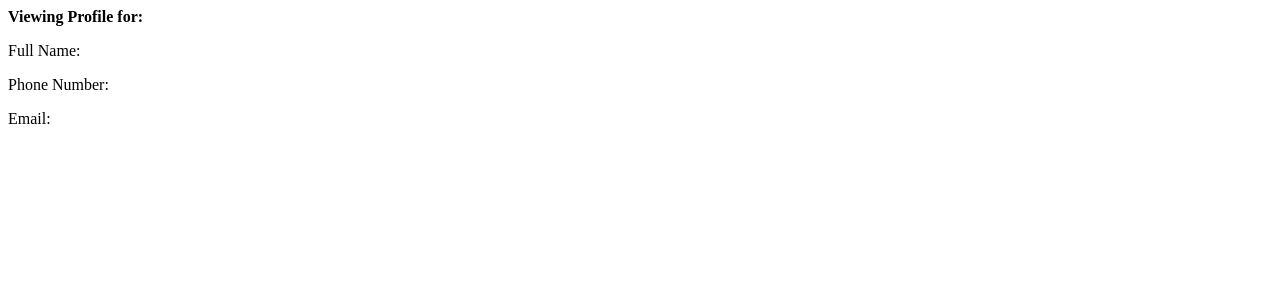
Repository: kingron98/SoftEng-Bank-Web-Application-
Page: http://localhost/SE3_BankWebApp/viewProfile.jsp
The author's editor kept a copy of each file at every save. The page is drawn from the files as they stood at one save, then again after the next save.
The browser window is 1280 px wide. The pictures show the whole page.
The page is served by Tomcat 9. Other server files are loaded and not shown.

Above is the page before, as saved 2020-12-11 20:14:02.

### SE3 Bank App/Java/Workspace/SE3_BankWebApp/WebContent/viewProfile.jsp
<%@ page language="java" contentType="text/html; charset=ISO-8859-1"
    pageEncoding="ISO-8859-1"%>
<!DOCTYPE html PUBLIC "-//W3C//DTD HTML 4.01 Transitional//EN" "http://www.w3.org/TR/html4/loose.dtd">

<%@ taglib uri="http://java.sun.com/jsp/jstl/core" prefix="c" %>

<%@ page import="java.util.*" %>
<%@ page import="com.example.business.Customer" %>

<html>
<head>
<meta http-equiv="Content-Type" content="text/html; charset=ISO-8859-1">
<title>View Profile</title>
</head>
<body>

	<c:set var="customer" value="${sessionScope.customer}"/>
	<b>Viewing Profile for: <c:out value="${customer.userId}"/></b>
	<p>Full Name: <c:out value="${customer.customerName}"/></p>
	<p>Phone Number: <c:out value="${customer.phoneNumber}"/></p>
	<p>Email: <c:out value="${customer.email}"/></p>

</body>
</html>

After the next save:
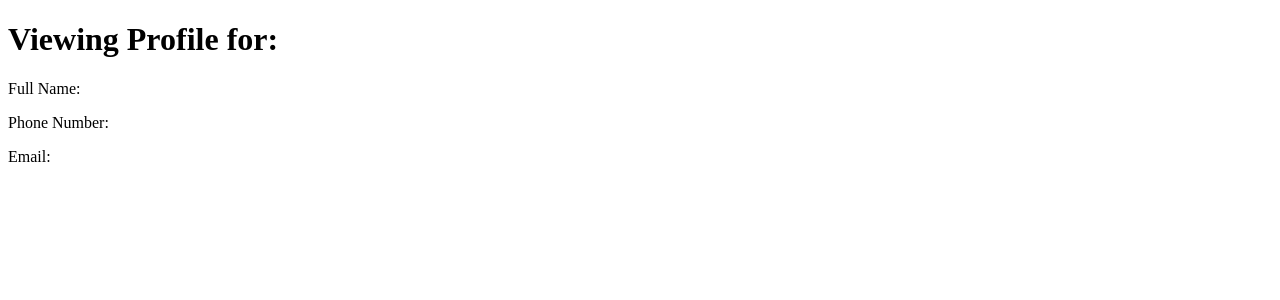
Saved 46 s later.
--- a/SE3 Bank App/Java/Workspace/SE3_BankWebApp/WebContent/viewProfile.jsp
+++ b/SE3 Bank App/Java/Workspace/SE3_BankWebApp/WebContent/viewProfile.jsp
@@ -15,7 +15,7 @@
 <body>
 
 	<c:set var="customer" value="${sessionScope.customer}"/>
-	<b>Viewing Profile for: <c:out value="${customer.userId}"/></b>
+	<h1>Viewing Profile for: <c:out value="${customer.userId}"/></h1>
 	<p>Full Name: <c:out value="${customer.customerName}"/></p>
 	<p>Phone Number: <c:out value="${customer.phoneNumber}"/></p>
 	<p>Email: <c:out value="${customer.email}"/></p>
